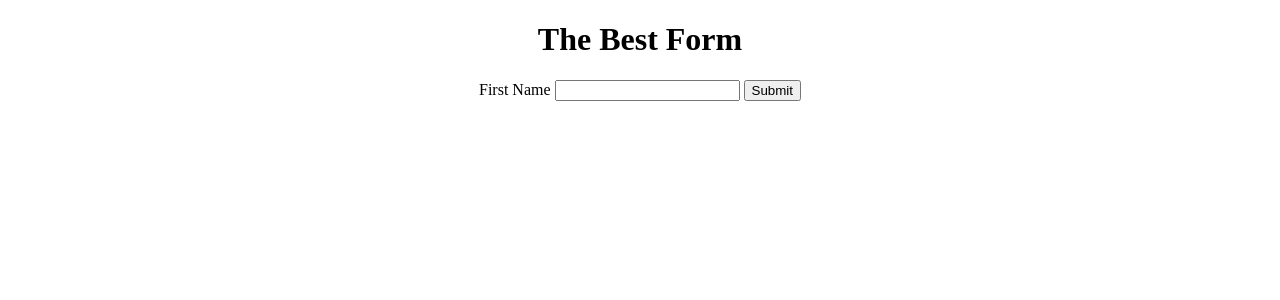
Repository: jedeyejed00/TheGameShaq
Page: ClassWork/Lab2/form.html
The author's editor kept a record of every edit. The page is drawn from the files as they stood at one moment, then again after the next edit.
The browser window is 1280 px wide. The pictures show the whole page.

Above is the page before.

### ClassWork/Lab2/form.html
<!DOCTYPE html>
<html><head>

        <title>Forms</title>
    </head>
    <body><Center>
                <H1>The Best Form</H1>
                <form>
                    <label for ="First Name">First Name</label>
                    <input type ="Text id="FirstName" name = "FirstName">
                    <button> Submit</button>





                    </form>






    </Center></body>
    </html>

After the next edit:
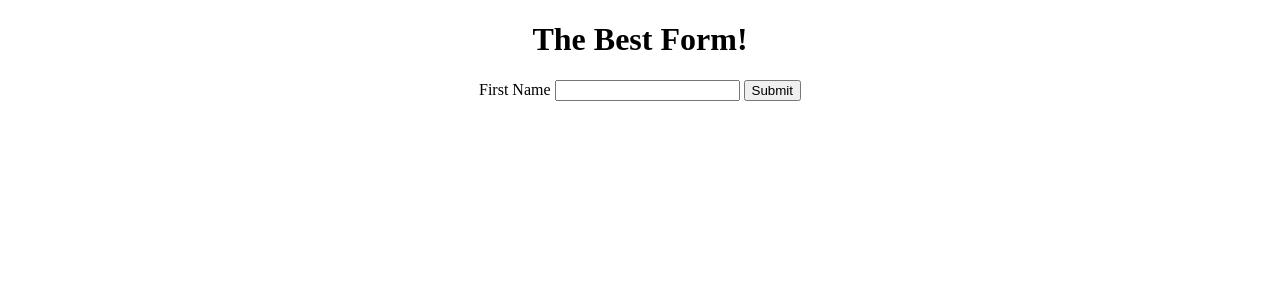
The edit:
--- a/ClassWork/Lab2/form.html
+++ b/ClassWork/Lab2/form.html
@@ -4,8 +4,8 @@
         <title>Forms</title>
     </head>
     <body><Center>
-                <H1>The Best Form</H1>
-                <form>
+                <H1>The Best Form!</H1>
+                <form action ="form.php" method = "POST">
                     <label for ="First Name">First Name</label>
                     <input type ="Text id="FirstName" name = "FirstName">
                     <button> Submit</button>
